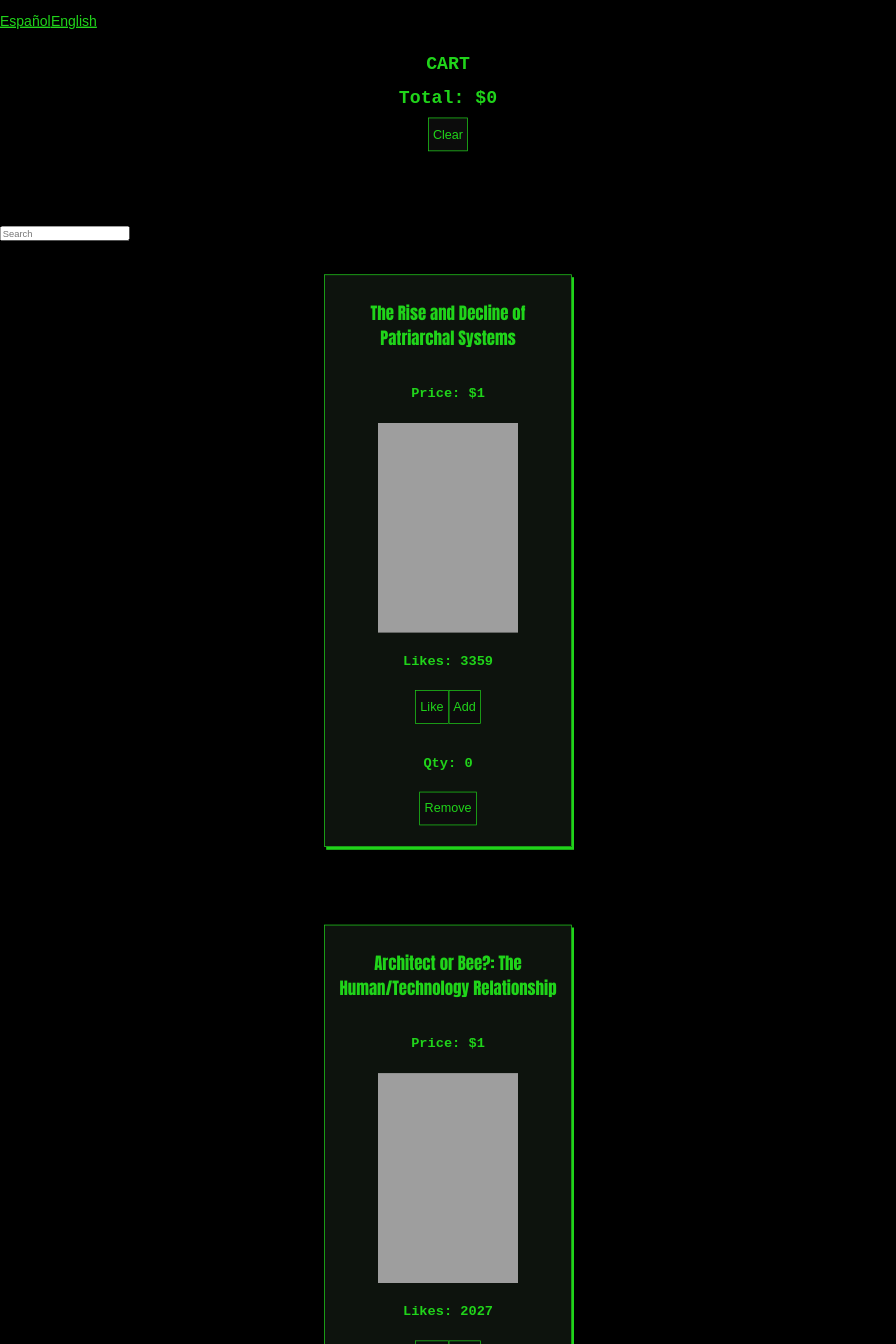
Repository: rvelarden/React-Hooks-UtopianTech-Bookstore
Page: / (app in utopiantech/)
The author's editor kept a copy of each file at every save. The page is drawn from the files as they stood at one save, then again after the next save.
The browser window is 1280 px wide. The pictures show the part of the page from y = 0 to 1920 px (the page is 7776 px tall before and 7758 px after), at 70% of full size.
Pictures or frames that could not be fetched are drawn as grey boxes. The project was rebuilt for these pictures with package versions that can differ from the ones it lists, and the page was loaded fresh each time. A package was used in the major version that the imports need, not the one package.json lists. Also part of the build but not shown: utopiantech/src/components/Shop.js, utopiantech/src/components/Spanish.js.

Above is the page before, as saved 2021-11-24 14:43:00.

### utopiantech/src/App.js
import React from 'react';
import './App.css';
import { BrowserRouter as Router, Route, Switch } from 'react-router-dom'
import Shop from "./components/Shop";
import Spanish from "./components/Spanish"
import Navbar from "./components/Navbar"
import SearchBar from "./components/SearchBar";
import BookList from './components/BookList';

const allItems = [
  {
    id: 1,
    name: "The Rise and Decline of Patriarchal Systems",
    image: "https://img.thriftbooks.com/api/images/i/m/8ECA8C9BAF351D13622ADFFBFA8A5D4E2BAABAFF.jpg",
    likes: 3359,
    price: 1,
    category: 'Social Studies'
  },
  {
    id: 2,
    name: "Architect or Bee?: The Human/Technology Relationship",
    image: "https://i.pinimg.com/originals/73/73/d8/7373d864a3dcb4534dc00fda64483674.jpg",
    likes: 2027,
    price: 1,
    category: 'Social Studies'
  },
  {
    id: 3,
    name: "Utopia for Realists: How We Can Build the Ideal World",
    image: "https://images-na.ssl-images-amazon.com/images/I/51CJA6QHtKL._SY291_BO1,204,203,200_QL40_FMwebp_.jpg",
    likes: 813,
    price: 1,
    category: 'Computer Science'
  },
  {
    id: 4,
    name: "Ada's Algorithm: How Lord Byron's Daughter ADA Lovelace Launched the Digital Age",
    image: 'https://img.thriftbooks.com/api/images/m/0bb4a32fefff1ec9c627527f6feb36668f62783b.jpg',
    likes: 7777,
    price: 1,
    category: 'Computer Science'
  },
  {
    id: 5,
    name: "Turing's Vision: The Birth of Computer Science (The MIT Press)",
    image: "https://images-na.ssl-images-amazon.com/images/I/411cTz90bFL._SY291_BO1,204,203,200_QL40_FMwebp_.jpg",
    likes: 1000,
    price: 1,
    category: 'Computer Science'
  },
  {
    id: 6,
    name: "Alan Turing: The Enigma: The Centenary Edition",
    image: "https://img.thriftbooks.com/api/images/m/6da6b05beb1f54981b588ee2a84e6f0b13a436f9.jpg",
    likes: 2000,
    price: 1,
    category: 'Computer Science'
  },
  {
    id: 8,
    name: "Ada Lovelace: The Making of a Computer Scientist",
    image: "https://images-na.ssl-images-amazon.com/images/I/51G-h1wZ7xL._SX218_BO1,204,203,200_QL40_FMwebp_.jpg",
    likes: 2000,
    price: 1,
    category: 'Computer Science'
  },
  {
    id: 9,
    name: "If Then: How the Simulmatics Corporation Invented the Future",
    image: "https://images-na.ssl-images-amazon.com/images/I/41wf6nnKIBL._SY291_BO1,204,203,200_QL40_FMwebp_.jpg",
    likes: 8000,
    price: 1,
    category: 'Business'
  }
]

export default class App extends React.Component {


  state = {
    searchText: '',
    books: allItems
  }

  searchBarText = (allItems)=>{
    // console.log(allItems)
    this.setState({
      searchText: allItems
    })
  }
  render(){
    const filteredBooks = this.state.books.filter(filterBook => filterBook.name.toLowerCase().includes(this.state.searchText))
  return (
    <Router>
      <div>
        <Navbar/>
        <div>
        <Switch>
        <Route exact path="/">
        {/* <Shop /> */}
        <SearchBar searchBar={this.searchBarText} searchText={this.state.searchText}/>
        <BookList books={filteredBooks}/>
        </Route>
        <Route path="/spanish">
        <Spanish />
        </Route>
      </Switch>
    </div>
    </div>
    </Router>
  )
}

}

### utopiantech/src/App.css
body {
  margin: 0;
  /* font-family: monospace; */
  background-color: black;
}

#book-header {
  display: flex;
  justify-content: center;
  background: #20d41a;
  opacity: .8;
  height: 7rem;
  padding: 1rem;
}

#book-header img {
  height: 6rem;
  width: auto;
}

#book-collection {
  margin: 2rem;
}

.card {
  text-align: center;
  border: #20d41a solid 1px;
  padding: 1rem;
  width: 20rem;
  height: 49rem;
  display: inline-grid;
  margin: 3rem 5rem;
  box-shadow: 3px 4px #20d41a;
  background-color: #0d130d;
  /* font-family: monospace; */
}

.font-text{
  font-family: Impact, Haettenschweiler, 'Arial Narrow Bold', sans-serif;
  color: #20d41a;
}
.font-text-text{
  font-family: monospace;
  color: #20d41a;
  background-color: black;
}

.book-avatar {
  justify-self: center;
  height: 15rem;
  width: auto;

}
.color-white {
  color:#20d41a
}

button {
  position: relative;
  background-color: #0c0c0c;
  border: none;
  height: 3rem;
  width: max-content;
  color: #20d41a;
  font-size: 18px;
  justify-self: center;
  border: #20d41a solid 1px;
}

.buttonContainer {
  text-align: center;
  padding: 1rem;
}

button:hover {
  background-color: rgb(48, 46, 46);
  border: #20d41a solid 1px;
  color: 20d41a;
}

.container {
  padding: 1rem;
  width: stretch;
  height: auto;
  background: #20d41a;
  opacity: .8;
}

.add-book-form {
  width: 80%
}

.submit {
  position: relative;
  background-color: #20d41a;
  height: 2rem;
  width: max-content;
  color: #20d41a;
  font-size: 18px;
  justify-self: center;
  /* font-family: monospace; */
  margin: 3px;
}

.submit:hover {
  background-color: whitesmoke;
  border: #20d41a solid 1px;
  color: #20d41a;
}


.input-text {
  border-radius: 5px;
  height: 2rem;
  width: 60%;
  font-size: 18px;
  font-family: monospace;
  margin: 3px;
  color: #20d41a;
}

.center-text {
  text-align: center;
}

.center-button {
  /* margin: 0; */
  /* position: absolute; */
  /* top: 50%; */
  left: 50%;
  -ms-transform: translate(-50%, -50%);
  transform: translate(-50%, -50%);
}

a{
  /* left: 72%; */
  font-size: 20px;
  /* position:initial; */
  /* margin: 0; */
  font-family: sans-serif;
  /* padding: 0; */
  /* width: 100%; */
  /* display: inline; */
  /* outline: none; */
  /* text-decoration: none; */
  display: inline-block;
  width: 5.5%;
  margin-right: 0.625%;
  text-align: center;
  line-height: 3;
  color: #20d41a;
  margin-right: 0;
  /* background: whitesmokeow; */
  /* border: #1938e7 solid 1px; */
}

a:hover{
  color:#20d41a
}

### utopiantech/src/components/Navbar.js
import React, { Component } from 'react';

const Navbar = ()=>{
    const [cart, setCart] = React.useState([]);
    const cartTotal = cart.reduce((total, { price = 0 }) => total + price, 0);
    return(
        <div>
        <a href='/spanish' >Español</a>
        <a href='/' >English</a>

        <h1 className="center-text font-text-text">CART</h1>
            <h1 className="center-text font-text-text">Total: ${cartTotal}</h1>
            <div>
            <br></br>
            <button className="center-button" onClick={() => setCart([])}>Clear</button>
            </div>
        </div>
    )
}

export default Navbar

### utopiantech/src/components/SearchBar.js
import React, { useCallback, useEffect, useState } from "react";




  const Search = (props) => {


    return (
      <div className="search-bar-div" >

        <div className="bannersingle" >
              <h1>Find Book Name</h1>
          </div>
        <div className="searchBox" >
          <input
           type="text"
           placeholder={"Search"}
           className="searchInput"
           onChange={(e) => props.searchBar(e.target.value)}
          />
        </div>

      </div>
    );
  };

  export default Search;

### utopiantech/src/components/BookList.js
import React, { Component } from "react"
import Book from "./Book.js"
import { Header, Button } from 'semantic-ui-react'

class BookList extends Component {


    render() {
    return (
        <div>
            {this.props.books.map(bookItem => <Book book={bookItem} />)}
        </div>


    )
      }
}

export default BookList

### utopiantech/src/components/Book.js
import React, { Component, useCallback } from 'react';


const allItems = [
    {
      id: 1,
      name: "The Rise and Decline of Patriarchal Systems",
      image: "https://img.thriftbooks.com/api/images/i/m/8ECA8C9BAF351D13622ADFFBFA8A5D4E2BAABAFF.jpg",
      likes: 3359,
      price: 1,
      category: 'Social Studies'
    },
    {
      id: 2,
      name: "Architect or Bee?: The Human/Technology Relationship",
      image: "https://i.pinimg.com/originals/73/73/d8/7373d864a3dcb4534dc00fda64483674.jpg",
      likes: 2027,
      price: 1,
      category: 'Social Studies'
    },
    {
      id: 3,
      name: "Utopia for Realists: How We Can Build the Ideal World",
      image: "https://images-na.ssl-images-amazon.com/images/I/51CJA6QHtKL._SY291_BO1,204,203,200_QL40_FMwebp_.jpg",
      likes: 813,
      price: 1,
      category: 'Computer Science'
    },
    {
      id: 4,
      name: "Ada's Algorithm: How Lord Byron's Daughter ADA Lovelace Launched the Digital Age",
      image: 'https://img.thriftbooks.com/api/images/m/0bb4a32fefff1ec9c627527f6feb36668f62783b.jpg',
      likes: 7777,
      price: 1,
      category: 'Computer Science'
    },
    {
      id: 5,
      name: "Turing's Vision: The Birth of Computer Science (The MIT Press)",
      image: "https://images-na.ssl-images-amazon.com/images/I/411cTz90bFL._SY291_BO1,204,203,200_QL40_FMwebp_.jpg",
      likes: 1000,
      price: 1,
      category: 'Computer Science'
    },
    {
      id: 6,
      name: "Alan Turing: The Enigma: The Centenary Edition",
      image: "https://img.thriftbooks.com/api/images/m/6da6b05beb1f54981b588ee2a84e6f0b13a436f9.jpg",
      likes: 2000,
      price: 1,
      category: 'Computer Science'
    },
    {
      id: 8,
      name: "Ada Lovelace: The Making of a Computer Scientist",
      image: "https://images-na.ssl-images-amazon.com/images/I/51G-h1wZ7xL._SX218_BO1,204,203,200_QL40_FMwebp_.jpg",
      likes: 2000,
      price: 1,
      category: 'Computer Science'
    },
    {
      id: 9,
      name: "If Then: How the Simulmatics Corporation Invented the Future",
      image: "https://images-na.ssl-images-amazon.com/images/I/41wf6nnKIBL._SY291_BO1,204,203,200_QL40_FMwebp_.jpg",
      likes: 8000,
      price: 1,
      category: 'Business'
    }
  ]


const Book = (props) => {
    const [cart, setCart] = React.useState([]);
    const [items, setItems] = React.useState(allItems)
    const [text, setText] = React.useState(false)
    const addToCart = (item) => setCart((currentCart) => [...currentCart, item])
    // const cartTotal = cart.reduce((total, { price = 0 }) => total + price, 0);

    const removeFromCart = (item) => {
        setCart((currentCart) => {
          const indexOfItemToRemove = currentCart.findIndex((cartItem) => cartItem.id === item.id);

          if (indexOfItemToRemove === -1) {
            return currentCart;
          }

          return [
            ...currentCart.slice(0, indexOfItemToRemove),
            ...currentCart.slice(indexOfItemToRemove + 1),
          ];
        });
      };

      const amountOfItems = (id) => cart.filter((item) => item.id === id).length;

    const updateLike = useCallback(

        (item) => {
         setItems(items.map(indItem => {
            if (indItem !== item) {
              return indItem
            } else {
              return {...item, likes: item.likes + 1}
            }
          }))
      },
      [], // Tells React to memoize regardless of arguments.
      )


      return(
            <div className="center-text font-text-text">
            <div  key={props.book.id} className="card">
            <div className="font-text"><h2>{`${props.book.name}`}</h2></div>
            <h2>{`Price: $${props.book.price}`}</h2>
            <img src={props.book.image} style={{ width: "200px", height: "300px", objectFit: "cover" }} className="book-avatar" />
            <h2>Likes: {props.book.likes}</h2>
            <div>
            <button disable={items.disable} text={items.text} onClick={()=> updateLike(props.book)}> {text ? "Liked!" : "Like"} </button>
            <button type="submit" onClick={() => addToCart(props.book)}> Add </button>
            </div>
            <div>

            </div>
            <h2>Qty: {amountOfItems(props.book.id)}</h2>
            <button type="submit" onClick={() => removeFromCart(props.book)}> Remove </button>
            </div>
            {/* <h1 className="center-text font-text-text">CART</h1>  */}
            {/* <h1 className="center-text font-text-text">Total: ${cartTotal}</h1> */}
            <div>
            <br></br>
            {/* <button className="center-button" onClick={() => setCart([])}>Clear</button> */}
            </div>
            </div>
      )
    }

  export default Book

Loaded but not shown: utopiantech/public/index.html (common file); utopiantech/src/index.js (common file); utopiantech/src/index.css (common file); utopiantech/src/reportWebVitals.js (common file)

After the next save:
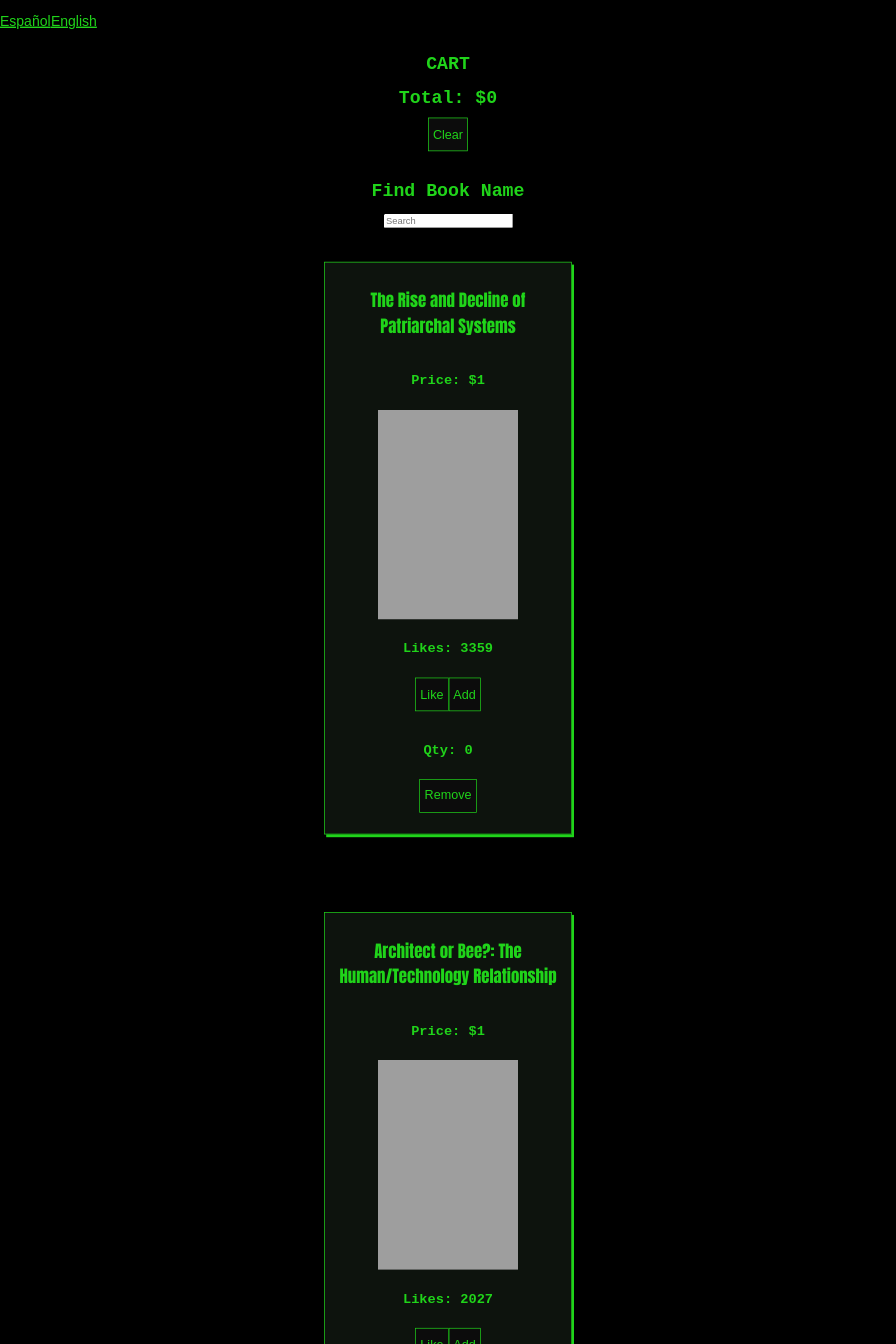
Saved 8 s later.
--- a/utopiantech/src/components/SearchBar.js
+++ b/utopiantech/src/components/SearchBar.js
@@ -7,7 +7,7 @@ import React, { useCallback, useEffect, useState } from "react";
 
 
     return (
-      <div className="search-bar-div" >
+      <div className="center-text font-text-text">
 
         <div className="bannersingle" >
               <h1>Find Book Name</h1>
